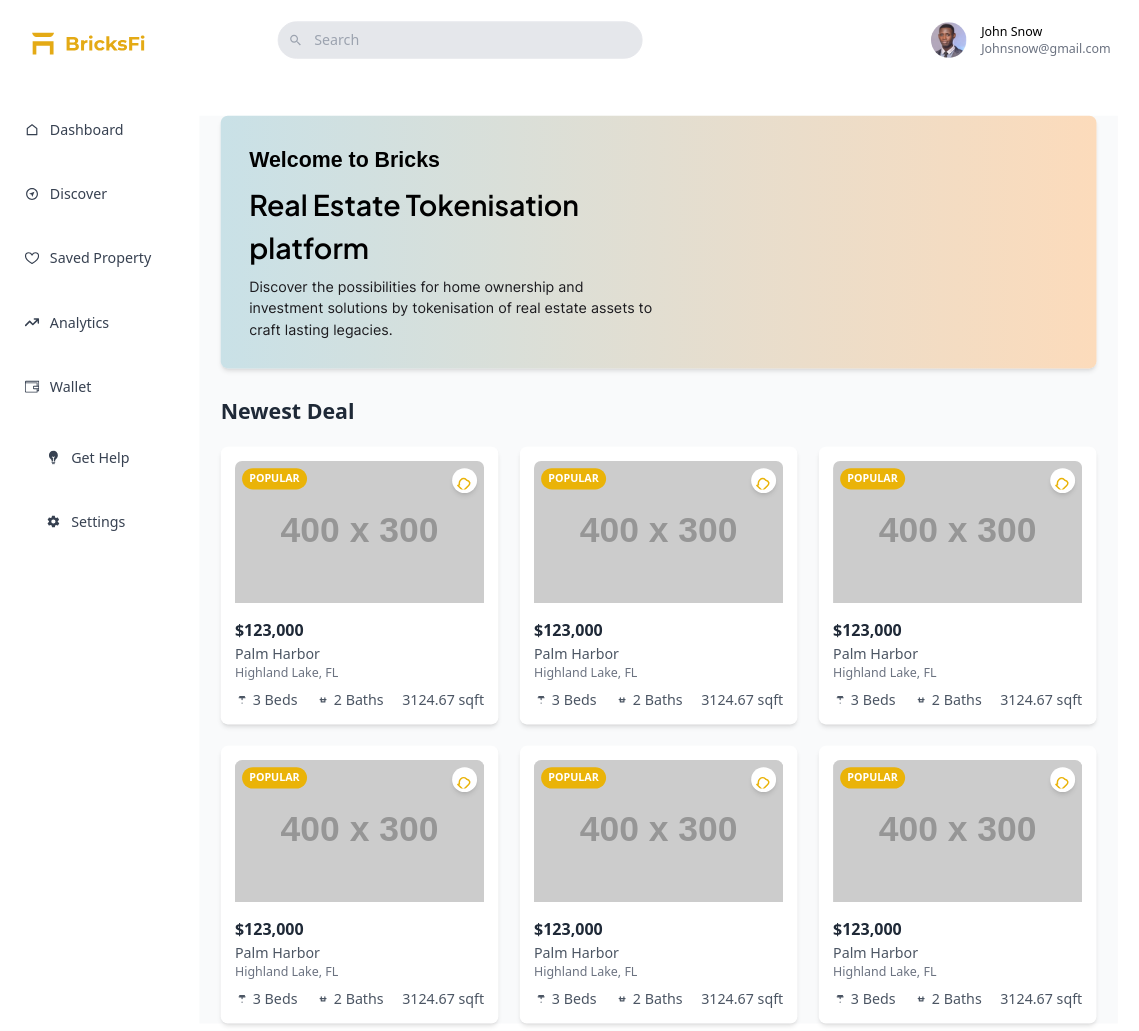
Repository: AyomideAkintade/BricksFi-Frontend
Page: /dashboard/discover (app in client/)
These files come from the project's save history. The page is drawn as it stood at one moment and after a run of saves; the edit follows.
The browser window is 1280 px wide. The pictures show the whole page, at 89% of full size.
The page's requests for data from a server got no answer. The project was rebuilt for these pictures with package versions that can differ from the ones it lists, and the page was loaded fresh each time. No one was signed in, and anything a server would have sent is missing. Also part of the build but not shown: client/src/components/navbar.jsx, client/src/components/home.jsx, client/src/components/homeSecond.jsx, client/src/components/homeThird.jsx, client/src/components/homeFifth.jsx, client/src/components/homeSixth.jsx, client/src/components/homeSeventh.jsx, client/src/api/base.js and 16 more.

Above is the page before, as saved 2024-10-04 23:37:54.

After the next 2 saves:
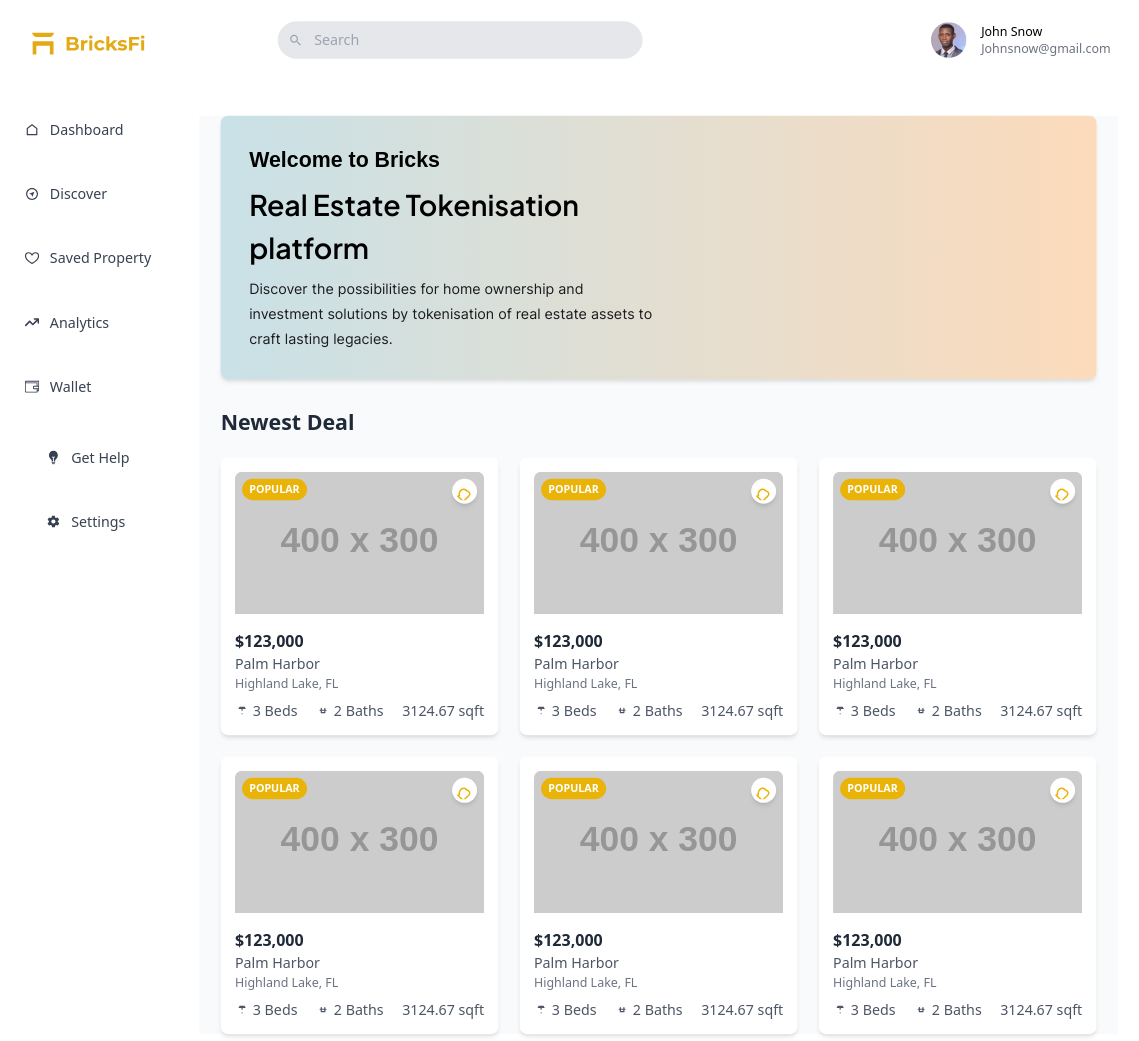
The 2 saves are shown as one change because they came seconds apart.
The last was saved 16 s later.
--- a/client/src/components/discover.jsx
+++ b/client/src/components/discover.jsx
@@ -83,7 +83,7 @@ const Discover = () => {
             <p className="text-[32px] font-semibold font-jakarta">
               Real Estate Tokenisation platform
             </p>
-            <p className="text-[#1C1B1F] tracking-[2%] font-inter">
+            <p className="text-[#1C1B1F] tracking-[2%] font-inter leading-[28px]">
               Discover the possibilities for home ownership and investment
               solutions by tokenisation of real estate assets to craft lasting
               legacies.
